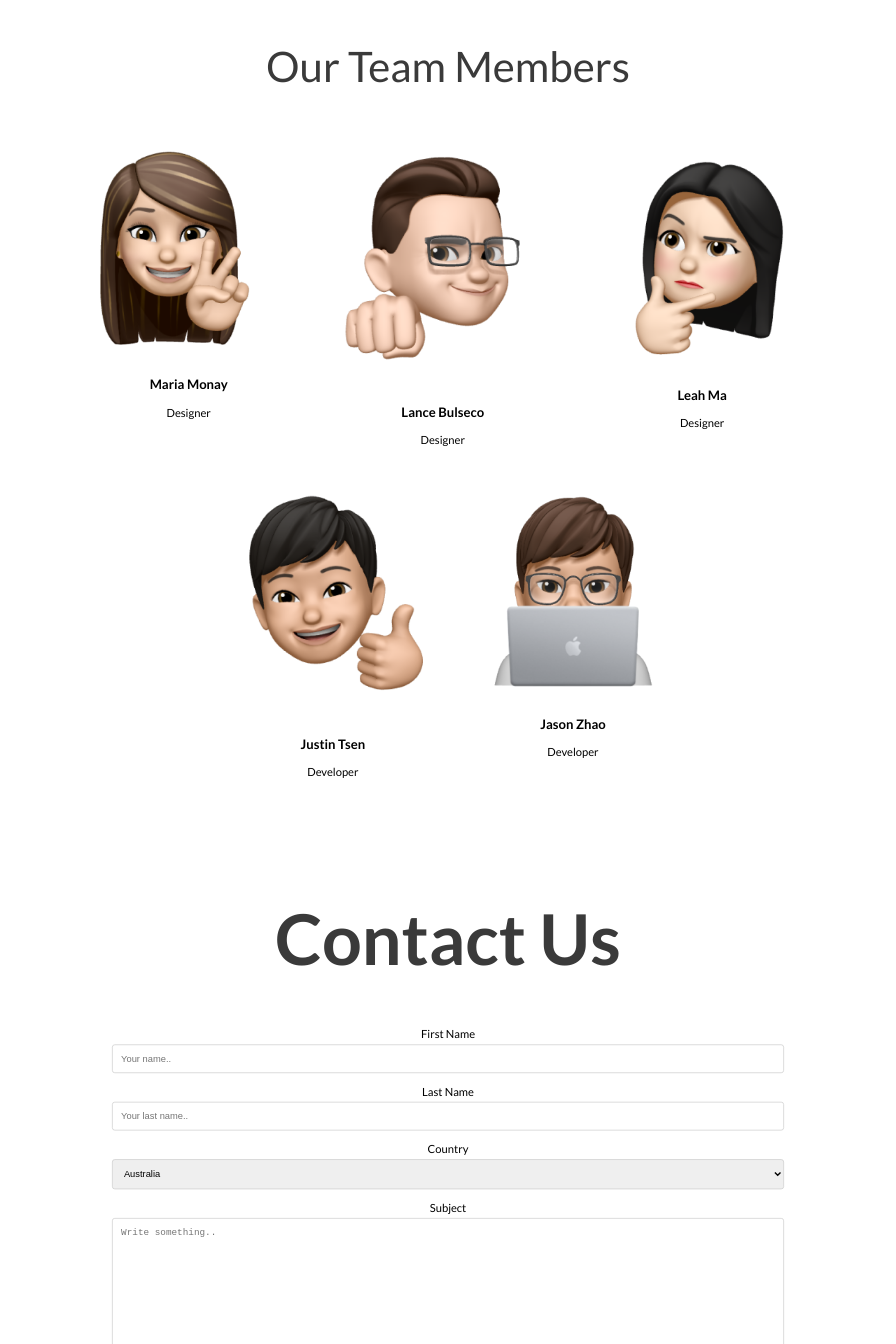
Repository: leahma1208/dinemaster
Page: index.html
An editor plug-in stored every save of this project. The page is shown before and after the next save, followed by the edit.
The browser window is 1280 px wide. The pictures show the part of the page from y = 4580 to 6500 px (the page is 6702 px tall), at 70% of full size.
A picture or video elsewhere on the page could not be fetched, so the positions and the page height are approximate.

Above is the page before, as saved 2021-05-07 13:00:32.

After the next save:
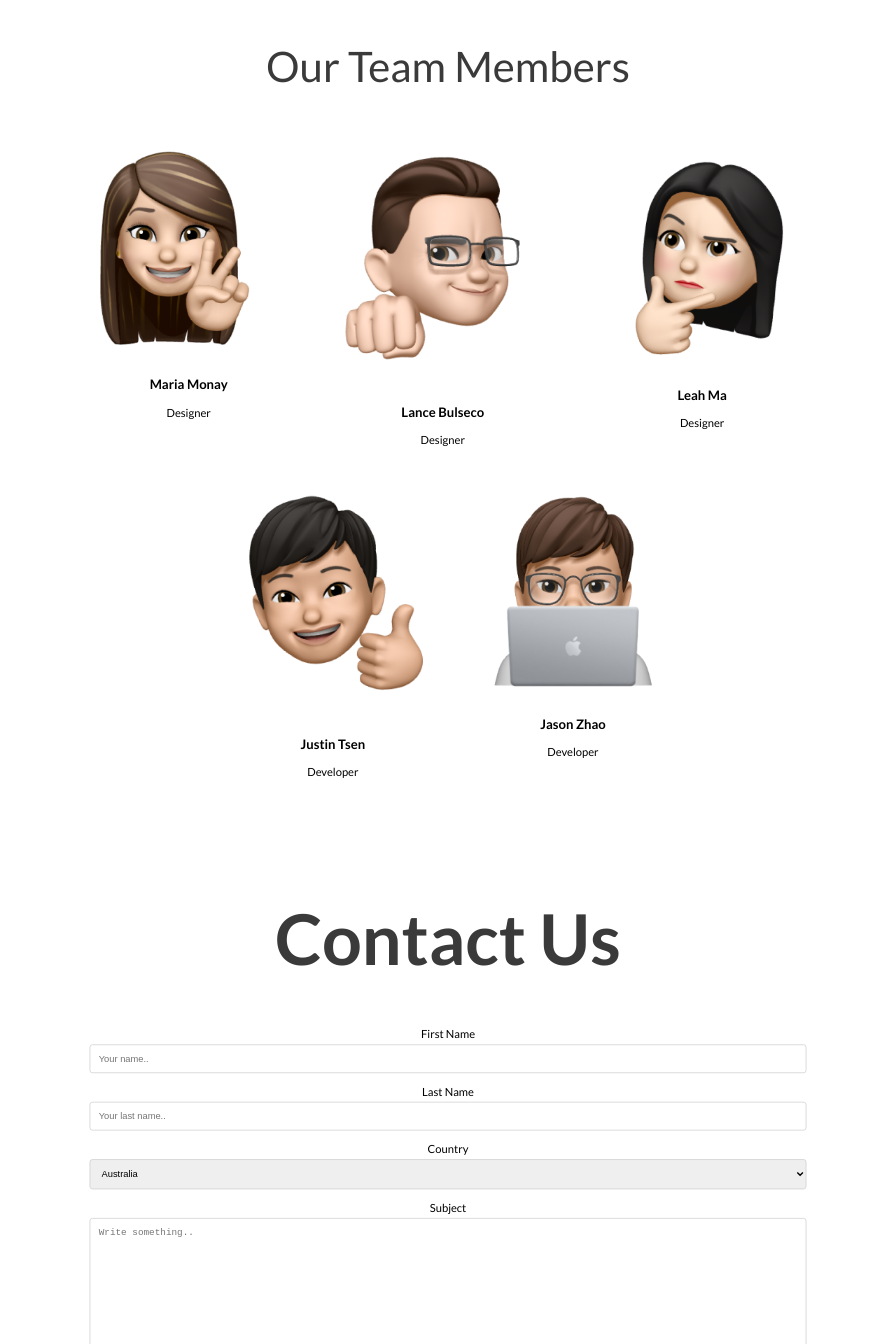
Saved 26 s later.
--- a/style.css
+++ b/style.css
@@ -164,7 +164,7 @@
 /*==========Contact==============*/
 
 .contact-cont {
-  width: 75vw;
+  width: 80vw;
   margin: auto;
 }
 input[type="text"],
